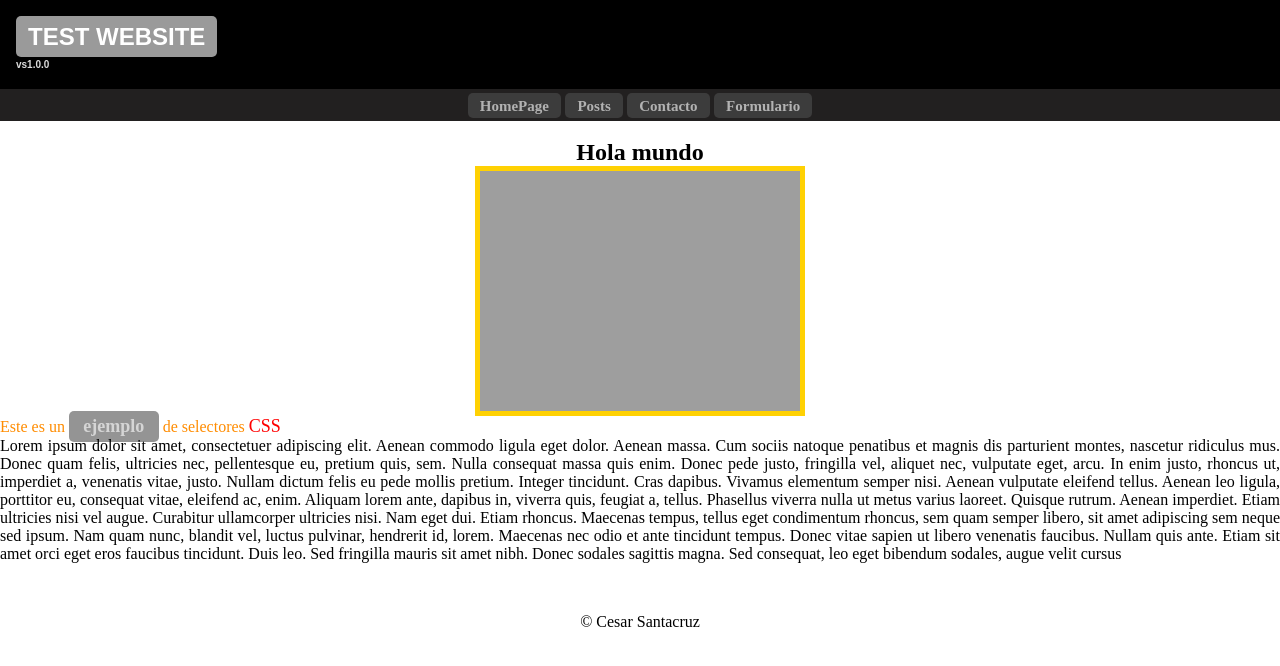
Repository: cesarsant0203/My_Study
Page: Introducción al desarrollo web/My Page 1/1.index.html
The author's editor kept a copy of each file at every save. The page is drawn from the files as they stood at one save, then again after the next save.
The browser window is 1280 px wide. The pictures show the whole page.
Pictures or frames that could not be fetched are drawn as grey boxes.

Above is the page before, as saved 2020-04-29 18:42:43.

### Introducción al desarrollo web/My Page 1/1.index.html
<!DOCTYPE html>
<html lang="es">

<head>
    <meta charset="utf-8" />
    <title> HomePage </title>
    <link href="1.index.css" rel="stylesheet" />
</head>

<body>
    <header><h1>
            <a id="header" href="1.index.html">TEST WEBSITE</a>
            </h1>
        <h4>vs1.0.0</h4>
    </header>
        <section id="navBar" class="box">
            <nav>
                <a href="1.index.html">HomePage</a>
                <a href="2.posts.html">Posts</a>
                <a href="3.contacto.html">Contacto</a>
                <a href="4.formulario.html">Formulario</a>
            </nav>
        </section>
    <br />
    <article id="ar1" class="black">
        <h2>Hola mundo</h2>
        <img src="https://estrenaweb.com/wp-content/uploads/2018/11/bestial.gif" title="gif" class="gif" />
    </article>
    <span id="mySpan">Este es un <a href="#" class="bold">ejemplo</a> de selectores</span>
    <span class="bold red">CSS</span>
    <p id="p1">Lorem ipsum dolor sit amet, consectetuer adipiscing elit. Aenean commodo ligula
        eget dolor. Aenean massa. Cum sociis natoque penatibus et magnis dis parturient montes, nascetur ridiculus mus.
        Donec quam felis, ultricies nec, pellentesque eu, pretium quis, sem. Nulla consequat massa quis enim. Donec pede
        justo, fringilla vel, aliquet nec, vulputate eget, arcu. In enim justo, rhoncus ut, imperdiet a, venenatis
        vitae,
        justo. Nullam dictum felis eu pede mollis pretium. Integer tincidunt. Cras dapibus. Vivamus elementum semper
        nisi.
        Aenean vulputate eleifend tellus. Aenean leo ligula, porttitor eu, consequat vitae, eleifend ac, enim. Aliquam
        lorem
        ante, dapibus in, viverra quis, feugiat a, tellus. Phasellus viverra nulla ut metus varius laoreet. Quisque
        rutrum.
        Aenean imperdiet. Etiam ultricies nisi vel augue. Curabitur ullamcorper ultricies nisi. Nam eget dui. Etiam
        rhoncus.
        Maecenas tempus, tellus eget condimentum rhoncus, sem quam semper libero, sit amet adipiscing sem neque sed
        ipsum.
        Nam quam nunc, blandit vel, luctus pulvinar, hendrerit id, lorem. Maecenas nec odio et ante tincidunt tempus.
        Donec
        vitae sapien ut libero venenatis faucibus. Nullam quis ante. Etiam sit amet orci eget eros faucibus tincidunt.
        Duis
        leo. Sed fringilla mauris sit amet nibh. Donec sodales sagittis magna. Sed consequat, leo eget bibendum sodales,
        augue velit cursus
    </p>

    <footer>
        &copy Cesar Santacruz
    </footer>
</body>


</html>

### Introducción al desarrollo web/My Page 1/1.index.css
* {
    margin: 0;
}
header {
    background: black;
    padding: 1em;
    box-sizing: border-box;
    margin: 0em;
}
a#header, h4 {
    background-color: inherit;
    box-sizing: border-box;
    margin-bottom: 1px;
}
a#header {
    font-family: Arial, Helvetica, sans-serif;
    line-height: 1.4;
    color: white;
    font-size: 24px;
    font-weight: bold;
    text-decoration: none;
    padding: 0.3em 0.5em;
    border-radius: 5px;
    background-color: rgba(255, 255, 255, 0.602);
    transition: background-color 1s linear;
    transition: color 1s linear
}
a#header:hover, input:hover, button:hover, a#header:focus, input:focus, button:focus {
    background-color: #fff;
    color: black;
}
a#header:focus, input:focus, button:focus {
    box-shadow: 0 0 0 3px rgba(0,0,0,0.25);
    outline: 0;
}
h4 {
    color: gainsboro;
    font-size: x-small;
    font-family: Arial, Helvetica, sans-serif;
    line-height: 1.4;
    margin-top: 4px;
}
a{
    box-sizing: border-box;
    margin-top: auto;
    font-size: 15px;
    font-weight: bold;
    color: rgba(255, 255, 255, 0.609);
    text-decoration: none;
    padding: 0.3em 0.8em;
    border-radius: 5px;
    background-color: rgba(78, 78, 78, 0.602);
    transition: color 1s linear;
}
a:hover, input:hover, button:hover, a:focus, input:focus, button:focus {
    color: #fff;
}
a:focus, input:focus, button:focus {
    box-shadow: 0 0 0 3px rgba(0,0,0,0.25);
    outline: 0;
}
a:link {
    text-decoration: none;
}

a:visited {
    text-decoration: none;
}
section#navBar{
    font-size: large;
    text-align: center;
    background-color: rgb(34, 32, 32);
    padding: 0.33em;
}









/*.clase*/
.blackCard {
    background-color: black;

}

.bold {
    font-size: large;
}

.red {
    color: red;
}

/*-----------------------*/

/*#identificador*/
#ar1 {

    text-align: center;
}

span#mySpan {
    color: darkorange;
}

/*-----------------------*/
div span {
    font-size: xx-large;
}

/*-----------------------*/

/* selector universal (*)*/


/*-----------------------*/

/*dos puntos:*/
a:link {
    text-decoration: none;
}

a:visited {
    text-decoration: none;
}

/*-----------------------*/

span#mundo {
    font-style: italic;
}
footer {
    position: relative;
    margin-top: 50px;
    text-align: center;
    height: 30px;
}
p#p1 {
    text-align: justify;
}
img.gif {
    width: 320px;
    height: 240px;
    border: rgb(255, 209, 3) 5px solid;
    border-collapse: collapse;
    display: block;
    margin: auto;
}

After the next save:
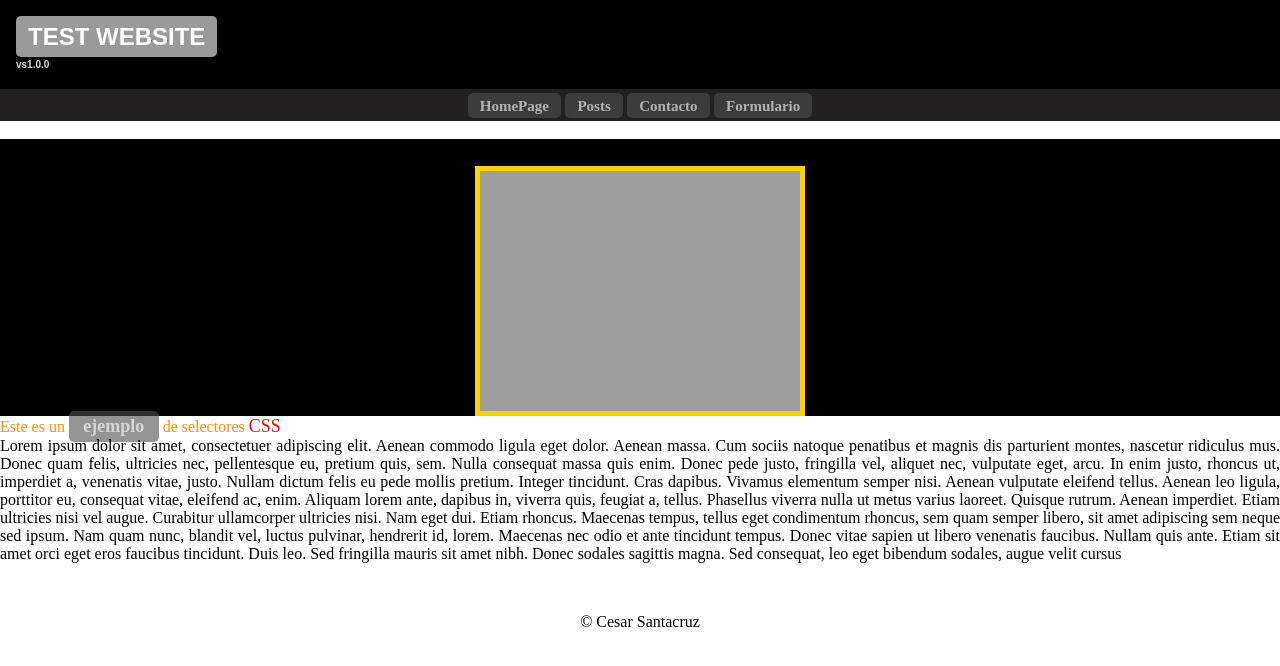
Saved 4 s later.
--- a/Introducción al desarrollo web/My Page 1/1.index.html
+++ b/Introducción al desarrollo web/My Page 1/1.index.html
@@ -22,7 +22,7 @@
             </nav>
         </section>
     <br />
-    <article id="ar1" class="black">
+    <article id="ar1" class="blackCard">
         <h2>Hola mundo</h2>
         <img src="https://estrenaweb.com/wp-content/uploads/2018/11/bestial.gif" title="gif" class="gif" />
     </article>
